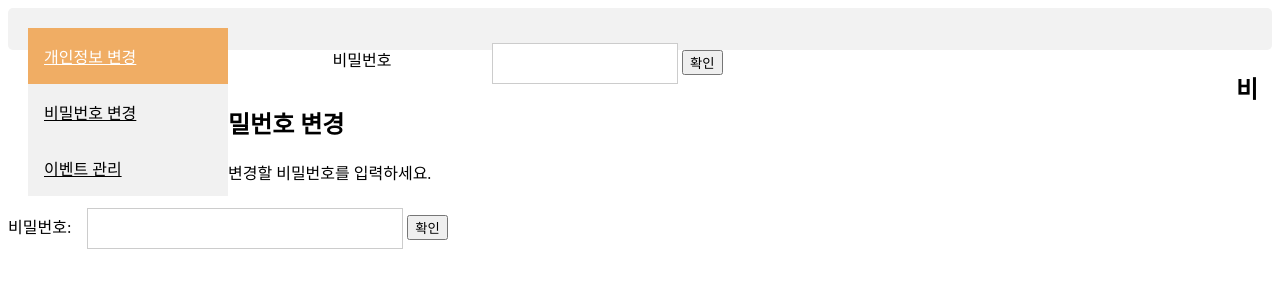
Repository: kdw0937/UdongProject
Page: http://localhost/matjib2/jsp/pass.jsp
The author's editor kept a copy of each file at every save. The page is drawn from the files as they stood at one save, then again after the next save.
The browser window is 1280 px wide. The pictures show the whole page.
The page is served by Tomcat 9. Other server files are loaded and not shown.

Above is the page before, as saved 2021-01-21 16:14:45.

### matjib2/src/main/webapp/jsp/pass.jsp
<%@ page language="java" contentType="text/html; charset=UTF-8"
    pageEncoding="UTF-8"%>
    <%@ taglib uri="http://www.springframework.org/tags/form" prefix="form"%>
<!DOCTYPE html>
<html>
<head>
<meta name="viewport" content="width=device-width, initial-scale=1">
<link rel="stylesheet" type="text/css"
	href="${pageContext.request.contextPath}/css/mypage_pw.css">
<!-- <script src="https://code.jquery.com/jquery-3.4.1.min.js"></script> -->

<meta charset="EUC-KR">
<title>Store_Management</title>
<script type="text/javascript" src="resources/js/jquery-3.5.1.min.js"
	charset="utf-8"></script>
</head>
<body>

	<div class="store_container">
		<form action="../jsp/pword.html" method="post">
			<div class="sidebar">
				<a class="active" href="../jsp/mypage.html">개인정보 변경</a> <a
					href="../jsp/password.html">비밀번호 변경</a>
				<a href="#">이벤트 관리</a>
			</div>
			<div class="content">
		<div class="row">
			<div class="col-25">
				<label >비밀번호</label>
			</div>
			<div class="col-75">
				<input type = "hidden" name = "user_id" value = "${loginUser }"/>
				<input name = "password" id = "pwd" type = "password">
				<button type = "submit">확인</button>
			</div>
			</div>
		</div>
		</form>
	</div>

	<div class = "pw-content">
		<h2>비밀번호 변경</h2>
		<p class = "pw-pw">변경할 비밀번호를 입력하세요.</p>
		<div class = "pw-pwcheck">

				<label>비밀번호: </label>
				<input type = "hidden" name = "user_id" value = "${loginUser }"/>
				<input name = "password" id = "pwd" type = "password">
				<button type = "submit">확인</button>
			</form>
		</div>
	</div>
</body>
</html>

### matjib2/src/main/webapp/css/mypage_pw.css
@charset "EUC-KR";


* {
  box-sizing: border-box;
}

/* <!-- 파일 업로드 --> */

	 .input_wrap input[type=file] {
            display: none;
        }

        .my_button {
            display: inline-block;
            width: 200px;
            text-align: center;
            padding: 10px;
            background-color: #006BCC;
            color: #fff;
            text-decoration: none;
            border-radius: 5px;
        }
        .imgs_wrap {

            margin-top: 30px;
            margin-bottom: 30px;
            padding-top: 10px;
            padding-bottom: 10px;

        }

        .imgs_wrap img {
        	width:150px;
        	height:150px;
            max-width: 150px;
            margin-left: 10px;
            margin-right: 10px;
        }

        .imgs_wrap2{
        	margin-top: 30px;
            margin-bottom: 30px;
            padding-top: 10px;
            padding-bottom: 10px;
        }

        .imgs_wrap2 img{
 	        width:150px;
        	height:150px;
            max-width: 150px;
            margin-left: 10px;
            margin-right: 10px;
        }


input[type=text], select, textarea {
  width: 50%;
  padding: 12px 20px;
  margin: 8px 0;
  display: inline-block;
  border: 1px solid #ccc;
  box-sizing: border-box;
}

input[type=button], select, textarea {
	padding:0 32px;
	line-height: 40px;
	border:1px solid #f0ad64;
	border-radius: 2px;
	color:#f0ad64;
	letter-spacing:0.1em;
	font-weight:bold;
	text-transform:uppercase;
	display:inline-block;
	text-decoration:none;
	font-style:normal;
	background:none;
	transition:0.4s;
}
input[type=password], select, textarea {
  width: 25%;
  padding: 12px 20px;
  margin: 8px 0;
  display: inline-block;
  border: 1px solid #ccc;
  box-sizing: border-box;
}
.sidebar {
  margin: 0;
  padding: 0;
  width: 200px;
  background-color: #f1f1f1;
  height: 100%;
  overflow: auto;
  float:left;
}

.sidebar a {
  display: block;
  color: black;
  padding: 16px;
  /* text-decoration: none; */
}

.sidebar a {
   /* float: left; */
}

.sidebar a.active {
  background-color: #f0ad64;
  color: white;
}

.sidebar a:hover:not(.active) {
  background-color: #555;
  color: white;
}

div.content {
  margin-left: 200px;
  padding: 1px 16px;
  /* height: 1000px; */
}
div.secession_content{
	margin-left :200px;
	padding: 1px 16px;
	height:100px;
}

@media screen and (max-width: 700px) {
  .sidebar {
    width: 100%;
    height: auto;
    position: relative;
  }
  .sidebar a {float: left;}
  div.content {margin-left: 0;}
  div.secession_content{margin-left: 0;}
}

@media screen and (max-width: 400px) {
  .sidebar a {
    text-align: center;
    float: none;
  }
}
label {
  padding: 12px 12px 12px 0;
  display: inline-block;
}

.store_bottom{
   text-align:center;
}

.store_bottom input[type=submit] {
  color: white;

  margin: 8px 0;
  border:1px solid #f0ad64;
  color:#f0ad64;
  font-weight:bold;
  cursor: pointer;
  width: 40%;
}

.store_bottom input[type=submit]:hover {
  opacity: 0.8;
  background:#f0ad64;
  color:#fff;
}

.store_container {
  border-radius: 5px;
  background-color: #f2f2f2;
  padding: 20px;
}

.col-25 {
  float: left;
  width: 25%;
  margin-top: 6px;
  text-align:center;
}

.col-75 {
  float: left;
  width: 75%;
  margin-top: 6px;
}

/* Clear floats after the columns */
.row:after {
  content: "";
  display: table;
  /* clear: both; */
}

/* Responsive layout - when the screen is less than 600px wide, make the two columns stack on top of each other instead of next to each other */
@media screen and (max-width: 600px) {
  .col-25, .col-75, input[type=submit] {
    width: 100%;
    margin-top: 0;
  }
}

Loaded but not shown: matjib2/src/main/webapp/js/jquery-3.5.1.min.js (library)

After the next save:
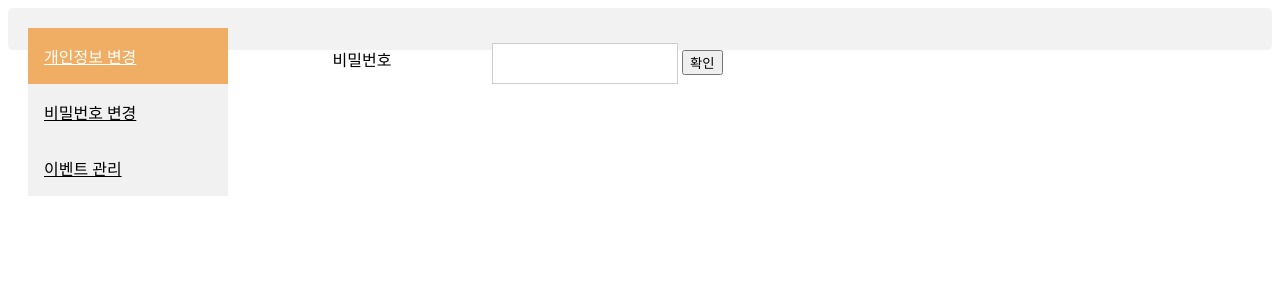
Saved 10 s later.
--- a/matjib2/src/main/webapp/jsp/pass.jsp
+++ b/matjib2/src/main/webapp/jsp/pass.jsp
@@ -38,17 +38,5 @@
 		</form>
 	</div>
 
-	<div class = "pw-content">
-		<h2>비밀번호 변경</h2>
-		<p class = "pw-pw">변경할 비밀번호를 입력하세요.</p>
-		<div class = "pw-pwcheck">
-
-				<label>비밀번호: </label>
-				<input type = "hidden" name = "user_id" value = "${loginUser }"/>
-				<input name = "password" id = "pwd" type = "password">
-				<button type = "submit">확인</button>
-			</form>
-		</div>
-	</div>
 </body>
 </html>
